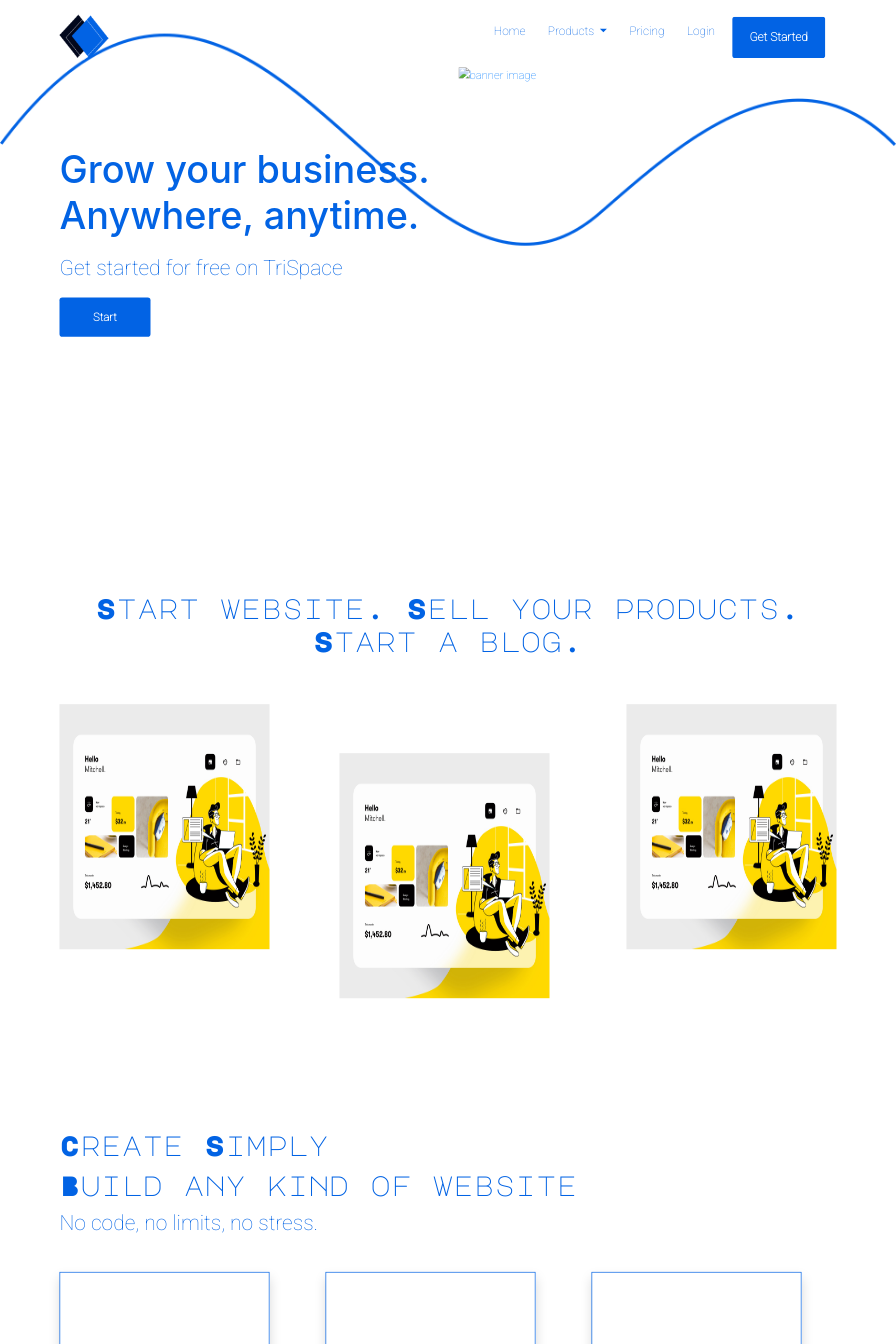
Repository: latenightsnacc/TriSpace
Page: HTML/index.html
An editor plug-in stored every save of this project. The page is shown before and after the next save, followed by the edit.
The browser window is 1280 px wide. The pictures show the part of the page from y = 0 to 1920 px (the page is 5158 px tall), at 70% of full size.
The style sheet was rebuilt from its Sass, Less or Tailwind sources for each picture, by a compiler version that may differ from the author's.

Above is the page before, as saved 2020-11-12 11:18:05.

### HTML/index.html
<!DOCTYPE html>
<html lang="en">
<head>
    <meta charset="UTF-8">
    <meta name="viewport" content="width=device-width, initial-scale=1.0">
    <!--Tailwind CDN-->
    <link rel="stylesheet" href="https://cdnjs.cloudflare.com/ajax/libs/tailwindcss/1.9.6/base.min.css" integrity="sha512-hEjkvMSM0ql6VJcNK0gTmjt9ar8F2yHeBUbJKtyvQhkkbGMhiJ4+MaiB8XxsthLAHJx5vy2I9dN0un8HiWG2LA==" crossorigin="anonymous" />
    <link rel="stylesheet" href="https://cdnjs.cloudflare.com/ajax/libs/tailwindcss/1.9.6/components.min.css" integrity="sha512-TizAONqhvXjEfRPhptSUkZNVU497PzAnXNGNUoeOjeni4dHpJ+ak+ZsyoGna20LH/yg1PvdufN1VbnVQeVDftg==" crossorigin="anonymous" />
    <link rel="stylesheet" href="https://cdnjs.cloudflare.com/ajax/libs/tailwindcss/1.9.6/tailwind.css" integrity="sha512-HY1FOTeAX9idUBWDhVDrBg8QUHBisKVQ4BCVj1jFo5z76mk87w4Rr5YGP8nBkcGmoMzqYvdeXHMOg/olF45z3g==" crossorigin="anonymous" />
    <link rel="stylesheet" href="https://cdnjs.cloudflare.com/ajax/libs/tailwindcss/1.9.6/utilities.min.css" integrity="sha512-0QJfuLKyYJWGB5hKArJW67xqMLDlR8YaLM/ZuW2mRn4NRwHNsGm7UuREc5Fu7jONHyewPKnGODY0N8G+FQbfxg==" crossorigin="anonymous" />
    <!--Bootstrap CDN-->
    <link rel="stylesheet" href="https://cdn.jsdelivr.net/npm/bootstrap@4.5.3/dist/css/bootstrap.min.css" integrity="sha384-TX8t27EcRE3e/ihU7zmQxVncDAy5uIKz4rEkgIXeMed4M0jlfIDPvg6uqKI2xXr2" crossorigin="anonymous">
    <!--Custom Stylesheet-->
    <link rel="stylesheet" href="styles/stylesheet.css">
    <!--Favicon-->
    <link rel="shortcut icon" href="assets/Logo/TriSpaceIcon.png" type="image/x-icon">
    <title>Home</title>
</head>
<body class="mx-auto">
    <!--PreLoader-->
    <div class="loader_bg">
        <div class="loader"></div>
    </div>
    <!--End of PreLoader-->
    <!--Navbar-->
    <nav class="navbar navbar-expand-lg navbar-light fixed-top p-3 mb-5 bg-white rounded" id="navbar">
        <div class="container align-middle">
            <a class="navbar-brand" href="#">
                <img src="assets/Logo/TriSpaceMobileLogo1.png" alt="TriSpace Logo" height="40px" width="70px"/>
            </a>
            <button class="navbar-toggler" type="button" data-toggle="collapse" data-target="#navbarNavDropdown" aria-controls="navbarNavDropdown" aria-expanded="false" aria-label="Toggle navigation">
              <span class="navbar-toggler-icon"></span>
            </button>
            <div class="collapse navbar-collapse" id="navbarNavDropdown">
              <ul class="navbar-nav nav-menu ml-auto align-middle">
                <li class="nav-item active mr-3">
                  <a class="nav-link" href="#">Home</a>
                </li>
                <li class="nav-item dropdown mr-3">
                    <a class="nav-link dropdown-toggle" href="#" id="navbarDropdownMenuLink" role="button" data-toggle="dropdown" aria-haspopup="true" aria-expanded="false">
                      Products
                    </a>
                    <div class="dropdown-menu" aria-labelledby="navbarDropdownMenuLink">
                      <a class="dropdown-item" href="#">Blog</a>
                      <a class="dropdown-item" href="#">Website</a>
                      <a class="dropdown-item" href="#">E-commerce</a>
                      <a class="dropdown-item" href="#">Domain</a>
                      <a class="dropdown-item" href="#">Hosting</a>
                    </div>
                  </li>
                <li class="nav-item mr-3">
                  <a class="nav-link" href="#">Pricing</a>
                </li>
                <li class="nav-item mr-3">
                    <a class="nav-link" href="#">Login</a>
                </li>
                <li class="nav-item mr-3">
                    <a class="nav-link btn blue text-white px-4 py-3 hover:shadow-2xl" href="#">Get Started</a>
                </li>
              </ul>
            </div>
        </div>
    </nav>


    <!-- End of Navbar-->


    <!--Banner-->
    <section class="min-h-screen  mt-5" id="banner">
        <div class="container">
            <div class="row pt-5">
                <!--Banner Text-->
                <div class="col-xs-12 col-s-12 col-md-6 col-lg-6 col-xl-6">
                    <div class="text-box banner-txt">
                        <h1 class="">Grow your business.<br/> Anywhere, anytime.</h1>
                        <h5 class="span-title py-3 text-2l">Get started for free on TriSpace</h5>
                        <button class="blue hover:bg-blue-500 text-white font-bold py-3 px-5 rounded">Start</button>
                    </div>
                </div>
                <!--Banner Image-->
                <div class="col-xs-12 col-s-12 col-md-6 col-lg-6 col-xl-6">
                    <a href="#">
                        <img class="banner-img" src="" alt="banner image"/>
                    </a>
                </div>
            </div>
        </div>
        <!--Wave-->
        <section id="wave" class="wave"></section>
        <section></section>
    </section>

     <!--Services-->
    <section class="min-h-screen mt-5 mb-5" id="services">
        <div class="container">
            <div class="absolute-box">
                <div class="title-box text-center mb-5">
                    <h2 class="section-title pb-5">Start <span class="section-title">website. </span><span class="color">Sell your products.</span><br/><span class="color">Start a blog.</span> </h2>
                </div>
                <div class="images">
                    <div class="img-1 ">
                        <a href="#">
                            <img src="assets/Template-1.jpg" alt="Build a website" />
                        </a>
                    </div>
                    <div class="img-2 motion-reduce:animate-bounce">
                        <a href="#">
                            <img src="assets/Template-1.jpg" alt="Build a website" />
                        </a>
                    </div>
                    <div class="img-3">
                        <a href="#">
                            <img src="assets/Template-1.jpg" alt="Build a website" />
                        </a>
                    </div>
                </div>
            </div>
        </div>
    </section>
    <!--End of Services-->

    <!--Templates-->
    <section class="min-h-screen mt-5 mb-5" id="templates">
        <div class="container">
            <div class="title-box mb-5">
                <h2 class="section-title">Create Simply </h2>
                <h4 class="section-title">Build any kind of website</h4>
                <p class="span-title">No code, no limits, no stress.</p>
            </div>
            <div class="row">
                <div class="col-xs-12 col-s-12 col-md-6 col-lg-4 col-xl-4">
                    <div class="clear-box"></div>
                </div>
                <div class="col-xs-12 col-s-12 col-md-6 col-lg-4 col-xl-4">
                    <div class="clear-box"></div>
                </div>
                <div class="col-xs-12 col-s-12 col-md-6 col-lg-4 col-xl-4">
                    <div class="clear-box"></div>
                </div>
                <div class="col-xs-12 col-s-12 col-md-6 col-lg-4 col-xl-4 mt-5">
                    <div class="clear-box"></div>
                </div>
                <div class="col-xs-12 col-s-12 col-md-6 col-lg-4 col-xl-4 mt-5">
                    <div class="clear-box"></div>
                </div>
                <div class="col-xs-12 col-s-12 col-md-6 col-lg-4 col-xl-4 mt-5">
                    <div class="clear-box"></div>
                </div>
            </div>
        </div>
    </section>
    <!--End of Themes-->

    <!--Themes-->
    <section class="min-h-screen mt-5 mb-5" id="themes">
        <div class="container">
            <div class="title-box">
                <h2 class="section-title">Stand Out <span class="text-4xl span-title">with our responsive professionally designed themes.</h2>
            </div>
            <div class="row">
                <div class="col-xs-12 col-s-12 col-md-6 col-lg-6 col-xl-6">
                    <div id="clr1" class="text-center mt-5">
                    </div>
                </div>
                <div class="col-xs-12 col-s-12 col-md-6 col-lg-6 col-xl-6">
                    <div class="row flex-wrap">
                        <div class="col-xs-12 col-s-12 col-md-12 col-lg-12 col-xl-12">
                            <div id="clr2" class="mt-5">

                            </div>
                        </div>
                        <div class="col-xs-12 col-s-12 col-md-12 col-lg-12 col-xl-12">
                            <div id="clr3">

                            </div>
                        </div>
                    </div>
                </div>
            </div>
        </div>
    </section>
    <!--End of Themes-->

    <section class="min-h-screen mt-5 mb-5" id="services">
        <div class="container">
            <div class="title-box mb-5">
                <h2 class="section-title">We've got you covered.</h2>
                <p>Your website is just the beginning.</p>
            </div>
            <div class="row">
                <div class="col-xs-12 col-s-12 col-md-6 col-lg-6 col-xl-6 bg-blue-500">
                    <div class="clear-box mt-5 mb-5">
                        <h3 class="text-center pt-5">Real support from real people.</h3>
                    </div>
                </div>
                <div class="col-xs-12 col-s-12 col-md-6 col-lg-6 col-xl-6 bg-yellow-500">
                    <div class="clear-box mt-5 mb-5">
                        <h3 class="text-center pt-5">Domain to suit your needs.</h3>
                    </div>
                </div>
                <div class="col-xs-12 col-s-12 col-md-6 col-lg-6 col-xl-6 bg-red-500">
                    <div class="clear-box mt-5 mb-5">
                        <h3 class="text-center pt-5">Plans for everyone</h3>
                    </div>
                </div>
                <div class="col-xs-12 col-s-12 col-md-6 col-lg-6 col-xl-6 bg-blue-300">
                    <div class="clear-box mt-5 mb-5">
                        <h3 class="text-center pt-5">Security Security Security</h3>
                    </div>
                </div>
            </div>
        </div>
    </section>
    <section class="min-h-screen mb-5 " id="pricing">
        <div class="container">
            <div class="title-box mb-5">
                <h2 class="section-title">Start Free </h2>
                <h5> Grow at your own pace.</h5>
            </div>
            <div class="row">
                <div class="col-xs-12 col-s-12 col-md-3 col-lg-3 col-xl-3">
                    <div class="max-w-sm rounded overflow-hidden shadow-lg mb-5 border-2 border-blue-400 price-card">
                        <div class="px-6 py-4">
                          <div class="font-bold text-xl mb-2">Free</div>
                          <p class="text-gray-700 text-base">
                            Lorem ipsum dolor sit amet, consectetur adipisicing elit. Voluptatibus quia, nulla! Maiores et perferendis eaque, exercitationem praesentium nihil.
                          </p>
                        </div>
                        <div class="px-6 pt-4 pb-2">
                          <span class="inline-block bg-gray-200 rounded-full px-3 py-1 text-sm font-semibold text-gray-700 mr-2 mb-2">#photography</span>
                          <span class="inline-block bg-gray-200 rounded-full px-3 py-1 text-sm font-semibold text-gray-700 mr-2 mb-2">#travel</span>
                          <span class="inline-block bg-gray-200 rounded-full px-3 py-1 text-sm font-semibold text-gray-700 mr-2 mb-2">#winter</span>
                        </div>
                      </div>
                </div>
                <div class="col-xs-12 col-s-12 col-md-3 col-lg-3 col-xl-3">
                    <div class="max-w-sm rounded overflow-hidden shadow-md mb-5 border-2 border-blue-400 price-card transition ease-out duration-700 ...">
                        <div class="px-6 py-4">
                          <div class="font-bold text-xl mb-2">The Coldest Sunset</div>
                          <p class="text-gray-700 text-base">
                            Lorem ipsum dolor sit amet, consectetur adipisicing elit. Voluptatibus quia, nulla! Maiores et perferendis eaque, exercitationem praesentium nihil.
                          </p>
                        </div>
                        <div class="px-6 pt-4 pb-2">
                          <span class="inline-block bg-gray-200 rounded-full px-3 py-1 text-sm font-semibold text-gray-700 mr-2 mb-2">#photography</span>
                          <span class="inline-block bg-gray-200 rounded-full px-3 py-1 text-sm font-semibold text-gray-700 mr-2 mb-2">#travel</span>
                          <span class="inline-block bg-gray-200 rounded-full px-3 py-1 text-sm font-semibold text-gray-700 mr-2 mb-2">#winter</span>
                        </div>
                      </div>
                </div>
                <div class="col-xs-12 col-s-12 col-md-3 col-lg-3 col-xl-3">
                    <div class="max-w-sm rounded overflow-hidden shadow-md mb-5 border-2 border-blue-400 price-card" >
                        <div class="px-6 py-4">
                          <div class="font-bold text-xl mb-2">The Coldest Sunset</div>
                          <p class="text-gray-700 text-base">
                            Lorem ipsum dolor sit amet, consectetur adipisicing elit. Voluptatibus quia, nulla! Maiores et perferendis eaque, exercitationem praesentium nihil.
                          </p>
                        </div>
                        <div class="px-6 pt-4 pb-2">
                          <span class="inline-block bg-gray-200 rounded-full px-3 py-1 text-sm font-semibold text-gray-700 mr-2 mb-2">#photography</span>
                          <span class="inline-block bg-gray-200 rounded-full px-3 py-1 text-sm font-semibold text-gray-700 mr-2 mb-2">#travel</span>
                          <span class="inline-block bg-gray-200 rounded-full px-3 py-1 text-sm font-semibold text-gray-700 mr-2 mb-2">#winter</span>
                        </div>
                      </div>
                </div>
                <div class="col-xs-12 col-s-12 col-md-3 col-lg-3 col-xl-3">
                    <div class="max-w-sm rounded overflow-hidden shadow-md price-card">
                        <div class="px-6 py-4">
                          <div class="font-bold text-xl mb-2">The Coldest Sunset</div>
                          <p class="text-gray-700 text-base">
                            Lorem ipsum dolor sit amet, consectetur adipisicing elit. Voluptatibus quia, nulla! Maiores et perferendis eaque, exercitationem praesentium nihil.
                          </p>
                        </div>
                        <div class="px-6 pt-4 pb-2">
                          <span class="inline-block bg-gray-200 rounded-full px-3 py-1 text-sm font-semibold text-gray-700 mr-2 mb-2">#photography</span>
                          <span class="inline-block bg-gray-200 rounded-full px-3 py-1 text-sm font-semibold text-gray-700 mr-2 mb-2">#travel</span>
                          <span class="inline-block bg-gray-200 rounded-full px-3 py-1 text-sm font-semibold text-gray-700 mr-2 mb-2">#winter</span>
                        </div>
                      </div>
                </div>
            </div>
        </div>
    </section>
    <!--SVG BACKGROUND-->
    <svg id="curve" data-name=" Layer 1" xmlns="https://www.w3.org/2000/svg" viewBox= "0 0 1416.99 174.01">
        <defs>
            <style>
                .cls-1{fill: #0263e4;}
            </style>
        </defs>
        <title>Wavy Background</title>
        <path class="cls-1" d="M0,280.8S283.66,59,608.94,163.56s437.93,150.57,808,10.34V309.54H0V280.8Z" transform="translate(0 -135.53)"/>
    </svg>
    <!--End of SVG-->
    <!--Footer-->

        <div class="footer wavy">
            <div class="container">
                <div class="row mx-auto">
                    <div class="col-xs-6 col-s-6 col-md-3 col-lg-3 col-xl-3">
                        <ul class="footer-menu">
                            <li>
                                <a href="#" class="text-white footer-link">Lorem</a>
                            </li>
                            <li>
                                <a href="#" class="text-white footer-link">Lorem</a>
                            </li>
                            <li>
                                <a href="#" class="text-white footer-link">Lorem</a>
                            </li>
                            <li>
                                <a href="#" class="text-white footer-link">Lorem</a>
                            </li>
                        </ul>
                    </div>
                    <div class="col-xs-6 col-s-6 col-md-3 col-lg-3 col-xl-3">
                        <ul class="footer-menu">
                            <li>
                                <a href="#" class="text-white footer-link">Lorem</a>
                            </li>
                            <li>
                                <a href="#" class="text-white footer-link">Lorem</a>
                            </li>
                            <li>
                                <a href="#" class="text-white footer-link">Lorem</a>
                            </li>
                            <li>
                                <a href="#" class="text-white footer-link">Lorem</a>
                            </li>
                        </ul>
                    </div>
                    <div class="col-xs-6 col-s-6 col-md-3 col-lg-3 col-xl-3">
                        <ul class="footer-menu">
                            <li>
                                <a href="#" class="text-white footer-link">Lorem</a>
                            </li>
                            <li>
                                <a href="#" class="text-white footer-link">Lorem</a>
                            </li>
                            <li>
                                <a href="#" class="text-white footer-link">Lorem</a>
                            </li>
                            <li>
                                <a href="#" class="text-white footer-link">Lorem</a>
                            </li>
                        </ul>
                    </div>
                    <div class="col-xs-6 col-s-6 col-md-3 col-lg-3 col-xl-3">
                        <ul class="footer-menu">
                            <li>
                                <a href="#" class="text-white footer-link">Lorem</a>
                            </li>
                            <li>
                                <a href="#" class="text-white footer-link">Lorem</a>
                            </li>
                            <li>
                                <a href="#" class="text-white footer-link">Lorem</a>
                            </li>
                            <li>
                                <a href="#" class="text-white footer-link">Lorem</a>
                            </li>
                        </ul>
                    </div>
                </div>
                <p class="text-center text-white py-3">&copy; TriSpace. Powered by TriSpace</p>
            </div>
        </div>



    <!--Bootstrap Scripts-->
    <script src="https://code.jquery.com/jquery-3.5.1.slim.min.js" integrity="sha384-DfXdz2htPH0lsSSs5nCTpuj/zy4C+OGpamoFVy38MVBnE+IbbVYUew+OrCXaRkfj" crossorigin="anonymous"></script>
    <script src="https://cdn.jsdelivr.net/npm/popper.js@1.16.1/dist/umd/popper.min.js" integrity="sha384-9/reFTGAW83EW2RDu2S0VKaIzap3H66lZH81PoYlFhbGU+6BZp6G7niu735Sk7lN" crossorigin="anonymous"></script>
    <script src="https://cdn.jsdelivr.net/npm/bootstrap@4.5.3/dist/js/bootstrap.min.js" integrity="sha384-w1Q4orYjBQndcko6MimVbzY0tgp4pWB4lZ7lr30WKz0vr/aWKhXdBNmNb5D92v7s" crossorigin="anonymous"></script>
    <script src="js/main.js"></script>
    <script>
        setTimeout(function(){
            $('.loader_bg').fadeToggle();
        }, 2500);
    </script>
</body>
</html>

### HTML/styles/stylesheet.scss
@import'variables';

*{
    box-sizing: border-box;
    margin: 0;
    padding: 0;
    text-decoration: none;
    list-style: none;
    font-family: $font3;
    button {
        outline: none;
    }
    a {
        text-decoration: none;
        &:hover {
            text-decoration: none;
        }
    }

    button {
        font-family: $font3;
    }
}

.navbar-light .navbar-nav .active>.nav-link, .navbar-light .navbar-nav .nav-link.active, .navbar-light .navbar-nav .nav-link.show, .navbar-light .navbar-nav .show>.nav-link, .nav-link, .dropdown-item {
    color: $blue !important;
    font-weight: 500;
    font-size: 17px;

    &:hover {
        text-transform: uppercase;


    }
}
a.btn {
    color: white !important;
    padding: 10px 40px;
    font-weight: bold;
    &:hover {
        text-transform: capitalize;
    }

}
section#banner {
    background: url('/HTML/assets/line.png') ;
    background-size: contain;
    background-repeat: no-repeat;
}
.banner-txt {
    h1 {
        font-size: 54px;
        color: $blue;
        font-family: $font;
    }

}
img.banner-img {
    width: 400px;
    height: 500px;
}
.text-box {
    display: flex;
    flex-direction: column;
    height: 100%;
    justify-content: center;
    align-items: flex-start;
}
.section-title, span.color {
    font-size: 40px;
    font-family: $font2;
    color: $blue;

}
.span-title {
    font-family: $font3;
    font-size: 30px;
    color: $blue;
}
.absolute-box {
    position: relative;
    .images {
        position: absolute;
        width: 100%;
        height: 100%;

        img {
            width: 300px;
            height: 350px;
        }

        .img-1 {
            position: absolute;
            top: -30px;
            left: 0px;

        }
        .img-2 {
            position: absolute;
            top: 40px;
            left: 400px;

        }
        .img-3 {
            position: absolute;
            top: -30px;
            right: 0px;

        }
    }
}
#clr1 {
    background-color: $blue;
    width: 100%;
    height: 600px;
    border: 1px solid $blue;
    box-shadow: 0 .5rem 1rem rgba(0,0,0,.15)!important;
}
#clr2 {
    background-color: $yellow;
    width: 100%;
    height: 300px;
    border: 1px solid $yellow;
    margin-bottom: 30px;
    box-shadow: 0 .5rem 1rem rgba(0,0,0,.15)!important;
}
#clr3 {
    background-color: $red;
    width: 100%;
    height: 270px;
    border: 1px solid $red;
    box-shadow: 0 .5rem 1rem rgba(0,0,0,.15)!important;
}
.clear-box {
    width: 300px;
    height: 250px;
    border: 1px solid $blue;
    box-shadow: 0 .5rem 1rem rgba(0,0,0,.15)!important;
}

.price-card {
    border: 1px solid $blue;
    &:hover {
        border: 2px solid $blue;
        transition: all border 1000ms ease-in ;
    }
}

.wavy {
    position: relative;
    background: $blue;
    width: 100%;
    overflow: hidden;

}

#topcurve {
    position: absolute;
    bottom: 0;
    width: 100%;
}

#topcurve path {
    fill: $yellow;
}
.blue {
    background-color: $blue;
    color: $primary;
}
section.wave {
    width: 100%;
    min-height: 200px;
}
.wave {
    position: relative;
    // background: $blue;
    &::before {
        content: '';
        position: absolute;
        bottom: 0;
        left: 0;
        width: 100%;
        height: 100px;

    }

}

Loaded but not shown: HTML/js/main.js (30 lines, source omitted); HTML/styles/_variables.scss (14 lines, source omitted)

After the next save:
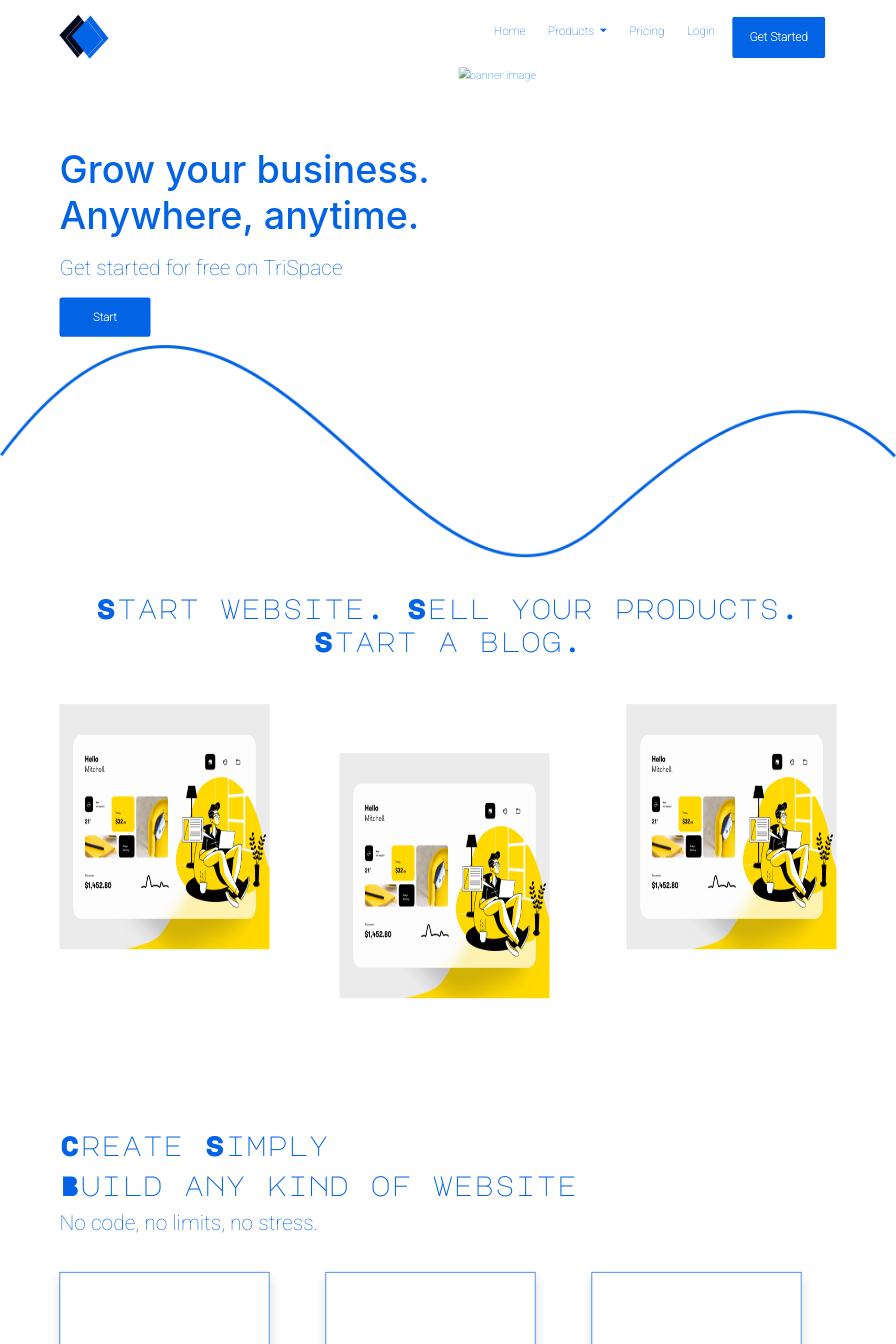
Saved 17 s later.
--- a/HTML/styles/stylesheet.scss
+++ b/HTML/styles/stylesheet.scss
@@ -46,6 +46,7 @@ section#banner {
     background: url('/HTML/assets/line.png') ;
     background-size: contain;
     background-repeat: no-repeat;
+    background-position: bottom;
 }
 .banner-txt {
     h1 {
